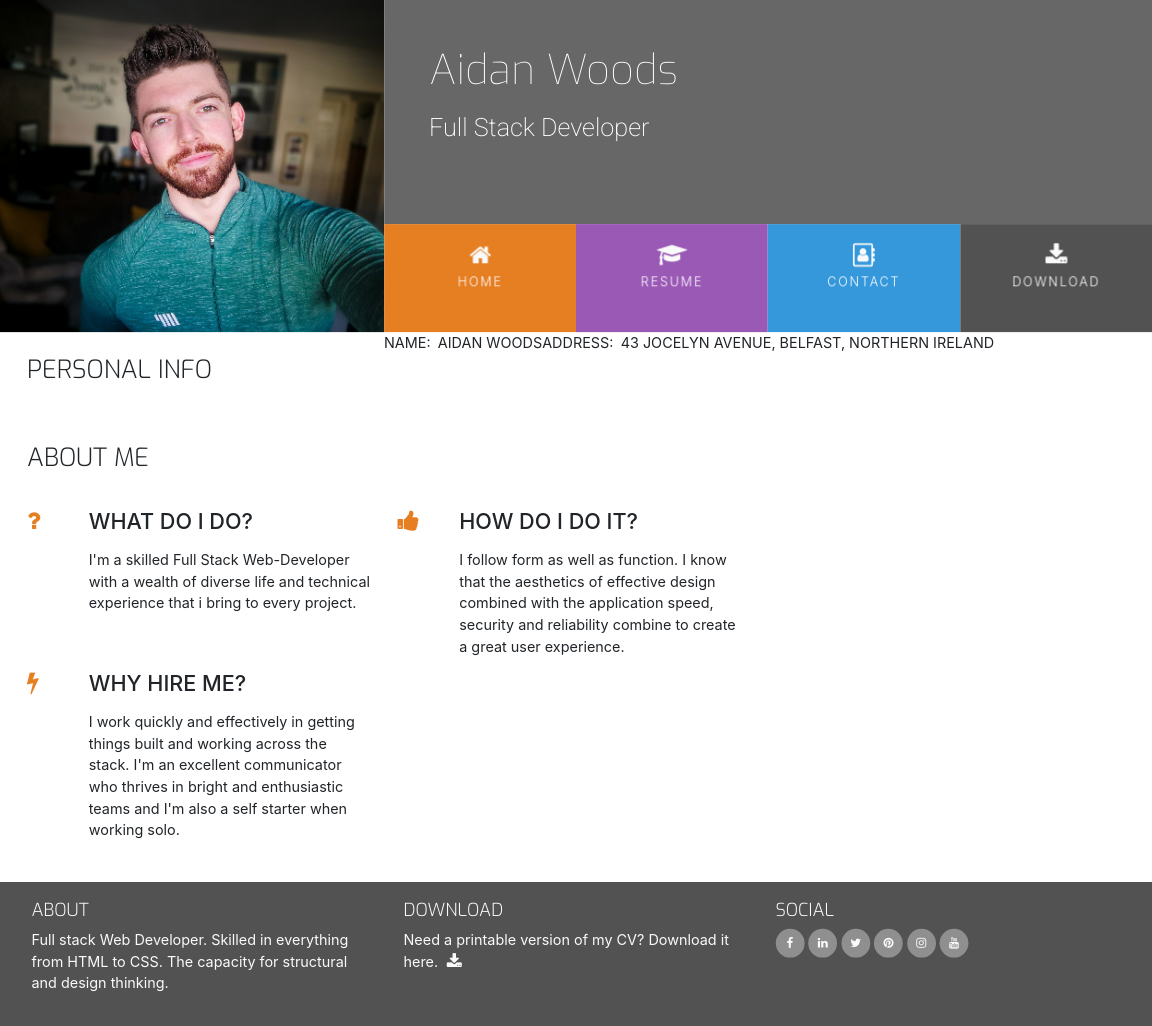
Repository: woodsyboi/Resume
Page: index.html
The author's editor kept a record of every edit. The page is drawn from the files as they stood at one moment, then again after the next edit.
The browser window is 1280 px wide. The pictures show the whole page, at 90% of full size.

Above is the page before.

### index.html
<!DOCTYPE html>
<html lang="en">

<head>
    <meta charset="UTF-8">
    <meta name="viewport" content="width=device-width, initial-scale=1.0">
    <meta http-equiv="X-UA-Compatible" content="ie=edge">
    <link rel="stylesheet" href="https://stackpath.bootstrapcdn.com/bootstrap/4.3.1/css/bootstrap.min.css" type="text/css" />
    <link rel="stylesheet" href="https://stackpath.bootstrapcdn.com/font-awesome/4.7.0/css/font-awesome.min.css" type="text/css" />
    <link rel="stylesheet" href="https://cdnjs.cloudflare.com/ajax/libs/hover.css/2.3.1/css/hover-min.css
" type="text/css" />
    <link rel="stylesheet" href="assets/css/style.css" type="text/css" />
    <title>Aidan</title>
</head>

<body>
    <header>
        <div class="row no-gutters">
            <a href="index.html" class="col-md-4 logo">

            </a>
            <div class="col-md-8">
                <div class="row no-gutters bg-color-name-title">
                    <div class="col heading">
                        <h1 class="name">Aidan Woods</h1>
                        <h2 class="title">Full Stack Developer</h2>
                    </div>

                </div>
                <div class="row no-gutters">
                    <div class="col">
                        <ul id="nav" class="list-inline menucontainer">
                            <li class="col-6 col-sm-3 ui-menu-color-home list-inline-item menuitem">
                                <a href="#" class="hvr-sweep-to-bottom"><i class="fa fa-home"></i><span>Home</span></a>
                            </li>
                            <li class="col-6 col-sm-3 ui-menu-color-resume list-inline-item menuitem">
                                <a href="#" class="hvr-sweep-to-bottom"><i class="fa fa-graduation-cap"></i><span>Resume</span></a>
                            </li>
                            <li class="col-6 col-sm-3 ui-menu-color-contact list-inline-item menuitem">
                                <a href="#" class="hvr-sweep-to-bottom"><i class="fa fa-address-book-o"></i><span>Contact</span></a>
                            </li>
                            <li class="col-6 col-sm-3 ui-menu-color-download list-inline-item menuitem">
                                <a href="#" class="hvr-sweep-to-bottom"><i class="fa fa-download"></i><span>Download</span></a>
                            </li>
                        </ul>
                    </div>
                </div>

            </div>
        </div>
    </header>

    <section class="container-fluid">

        <div class="row ">
            <div class="col-md-4 bg-color-personal-infor section-coloum">
                <div class="col-12">
                    <h3 class="section-heading uppercase">
                        Personal Info
                    </h3>
                </div>
            </div>
            <div class="personal-info-item">
                <div class="key">
                    <p class="uppercase">
                        Name:

                    </p>

                </div>
            </div>
            <div class="value">
                <p class="uppercase">
                    Aidan Woods
                </p>
            </div>
             <div class="personal-info-item">
                <div class="key">
                    <p class="uppercase">
                        Address:

                    </p>

                </div>
            </div>
            <div class="value">
                <p class="uppercase">
                    43 Jocelyn Avenue, Belfast, Northern Ireland
                </p>
            </div>
            <div class="col-md-8 bg-color-three-reasons section-column">
                <div class="row">
                    <div class="col">
                        <h3 class="section-heading uppercase">About Me</h3>
                    </div>
                </div>
                <div class="row">
                    <div class="col-10 offset-1 offset-sm-0 col-sm-4 col-md-6">
                        <div class="row">
                            <div class="col-2">
                                <i class="three-reasons-icon fa fa-question" aria-hidden="true"></i>
                            </div>
                            <div class="col-10">
                                <h4 class="three-reasons-heading uppercase"> What do I do?</h4>
                                <p>
                                    I'm a skilled Full Stack Web-Developer with a wealth of diverse life and technical experience that i bring to every project.
                                </p>
                            </div>
                        </div>
                    </div>
                    <div class="col-10 offset-1 offset-sm-0 col-sm-4 col-md-6">
                        <div class="row">
                            <div class="col-2">
                                <i class="three-reasons-icon fa fa-thumbs-up" aria-hidden="true"></i>
                            </div>
                            <div class="col-10">
                                <h4 class="three-reasons-heading uppercase"> How Do I Do It?</h4>
                                <p>
                                    I follow form as well as function. I know that the aesthetics of effective design combined with the application speed, security and reliability combine to create a great user experience.

                                </p>
                            </div>
                        </div>
                    </div>
                    <div class="col-10 offset-1 offset-sm-0 col-sm-4 col-md-6">
                        <div class="row">
                            <div class="col-2">
                                <i class="three-reasons-icon fa fa-bolt" aria-hidden="true"></i>
                            </div>
                            <div class="col-10">
                                <h4 class="three-reasons-heading uppercase"> Why Hire Me?</h4>
                                <p>
                                    I work quickly and effectively in getting things built and working across the stack. I'm an excellent communicator who thrives in bright and enthusiastic teams and I'm also a self starter when working solo.
                                </p>
                            </div>
                        </div>
                    </div>


                </div>
            </div>
        </div>

    </section>


    <footer class="container-fluid">
        <div id="footer-details" class="row">
            <div class="col-sm-4">
                <h5 class="uppercase general-sub">About</h5>
                <p class="inline-block">
                    Full stack Web Developer. Skilled in everything from HTML to CSS. The capacity for structural and design thinking.</p>

            </div>
            <div class="col-sm-4">
                <h5 class="uppercase general-sub">Download</h5>
                <p class="inline-block">
                    Need a printable version of my CV? Download it here.
                    <a href="#" target="_blank" class="cv-pdf">
                        <i class="fa fa-download" aria-hidden="true"></i>
                        <span class="sr-only"> Download Link.</span>
                    </a>
                </p>

            </div>
            <div class="col-sm-4">
                <h5 class="uppercase general-sub">Social</h5>
                <ul class="list-inline social-links">
                    <li class="list-inline-item">
                        <a target="_blank" href="#">
                            <i class="fa fa-facebook" aria-hidden="true"></i>
                            <span class="sr-only">Facebook</span>
                        </a>
                    </li>
                    <li class="list-inline-item">
                        <a target="_blank" href="#">
                            <i class="fa fa-linkedin" aria-hidden="true"></i>
                            <span class="sr-only">LinkedIn</span>
                        </a>
                    </li>
                    <li class="list-inline-item">
                        <a target="_blank" href="#">
                            <i class="fa fa-twitter" aria-hidden="true"></i>
                            <span class="sr-only">Twitter</span>
                        </a>
                    </li>
                    <li class="list-inline-item">
                        <a target="_blank" href="#">
                            <i class="fa fa-pinterest" aria-hidden="true"></i>
                            <span class="sr-only">Pinterest</span>
                        </a>
                    </li>
                    <li class="list-inline-item">
                        <a target="_blank" href="#">
                            <i class="fa fa-instagram" aria-hidden="true"></i>
                            <span class="sr-only">Instagram</span>
                        </a>
                    </li>
                    <li class="list-inline-item">
                        <a target="_blank" href="#">
                            <i class="fa fa-youtube" aria-hidden="true"></i>
                            <span class="sr-only">YouTube</span>
                        </a>
                    </li>
                </ul>

            </div>
        </div>
    </footer>

</body>

</html>

### assets/css/style.css
@import url('https://fonts.googleapis.com/css?family=Roboto:100,200,300,400,500,600,700|Exo:100,200,300,400,500,600,700');


/*------------------------------Colors--------*/

.bg-color-name-title {
    background-color: #676767;
}


.bg-color-three-reasons {
    background-color:#fff;
}

.bg-color-personal-info {
    background-color: #f4f4f4;
}

.ui-menu-color-home {
    background-color: #e67e22;

}

.ui-menu-color-resume {
    background-color: #9b59b6;

}

.ui-menu-color-contact {
    background-color: #3498db;

}

.ui-menu-color-download {
    background-color: #525252;

}


/*----------------------------special paddings/margins/text*/

h1,
h2,
h3,
h4 {
    margin: 0;
}

.uppercase {
    text-transform: uppercase;
}

.general-sub {
    font-family:"Exo", sans-serif;
    font-weight: 300;
    color: #fafafa;
}

.inline-block{
    display:inline-block;
}

.row-table {
    display:table;
}

.section-column {
    display:table-cell;
    padding:0 30px 30px;
    float:none;
}

.section-heading{
    font-family:"Exo", sans-serif;
    font-weight: 300;
    margin-top: 25px;
    margin-bottom: 40px;
}
/*-------------------------------Heading--------*/

header {

    margin: 0;

}

.heading {
    margin-left: 50px;

}

.logo {
    background: url("../images/my_face.jpg");
    background-position: center;
    background-repeat: no-repeat;
    background-size: cover;
    min-height: 360px;
    transition: all .5s ease-in-out;
    -moz-transition: all .5s ease-in-out;
    -webkit-transition: all .5s ease-in-out;
}

.name {
    font-family: "Exo", sans-serif;
    font-weight: 100;
    font-size: 46px;
    margin-top: 50px;
    color: #fff;

}

.title {
    font-family: "Roboto", sans-serif;
    font-weight: 200;
    font-size: 28px;
    margin-top: 20px;
    margin-bottom: 90px;
    color: #fff;

}

.list-inline-item:not(:last-child) {
    margin: 0;
}

.menucontainer {
    font-size: 0;
}

#nav {
    margin: 0;
}

#nav li {
    font-size: 14px;
    padding: 0;
}


.menuitem {
    height: 120px;
    text-align: center;
    padding: 0;

}

.menuitem a {
    width: 100%;
    text-decoration: none;
    color: #fff;
    height: 120px;

}

.menuitem a i {
    padding-top: 22px;
    display: block;
    color: #fafafa;
    font-size: 26px;


}

.menuitem span {
    display: block;
    width: 100%;
    padding-top: 5px;
    text-align: center;
    text-transform: uppercase;
    font-size: 14px;
    font-weight: 300;
    letter-spacing: 2px;

}



/*----------------------------hover*/

.hvr-sweep-to-bottom:before {
    background-color: rgba(0, 0, 0, 0.2);
    height: 120px;

}


/*-------------------------------footer--------*/

footer{
    background-color: #525252;
    color:#fafafa;
    min-height: 120px;
}


.cv-pdf i{
   font-size: 18px;
   color: #fafafa;
   text-align: center;
   padding-left: 5px;
   transition: all 0.35s ease-in-out;
   -moz-transition: all 0.35s ease-in-out;
   -webkit-transition: all 0.35s ease-in-out;
   -o-transition: all 0.35s ease-in-out;

}

.cv-pdf i:hover {
    color:#e84710;
}

.social-links{
    padding-bottom: 15px;
}

.social-links li a i {
    width:32px;
    height:32px;
    padding:12px 0;
    border-radius:50%;
    font-size: 13px;
    line-height: 7px;
    text-align:center;
    color:#fafafa;
    background:#8f8f8f;
    transition: all 0.35s ease-in-out;
   -moz-transition: all 0.35s ease-in-out;
   -webkit-transition: all 0.35s ease-in-out;
   -o-transition: all 0.35s ease-in-out;

}

.social-links li a i:hover {
    background:#e84710;
}

#footer-details {
    padding:20px;
}

/*-------------------------------Three reasons--------*/

.three-reasons-icon {
    font-size:26px;
    color: #e67e22;
}

.three-reasons-heading {
    margin-bottom: 15px;
}

/*------------------------------Personal Info--------*/

.personal-info-item {
    margin-bottom:20px;
    display: block;
    clear: both;
}

.personal-info-item .key,
.personal-info-item .value {
    padding-right:8px;
    display:inline-block;

}

.personal-info-item .key p,
.personal-info-item .value p{
    margin:0;
}

After the next edit:
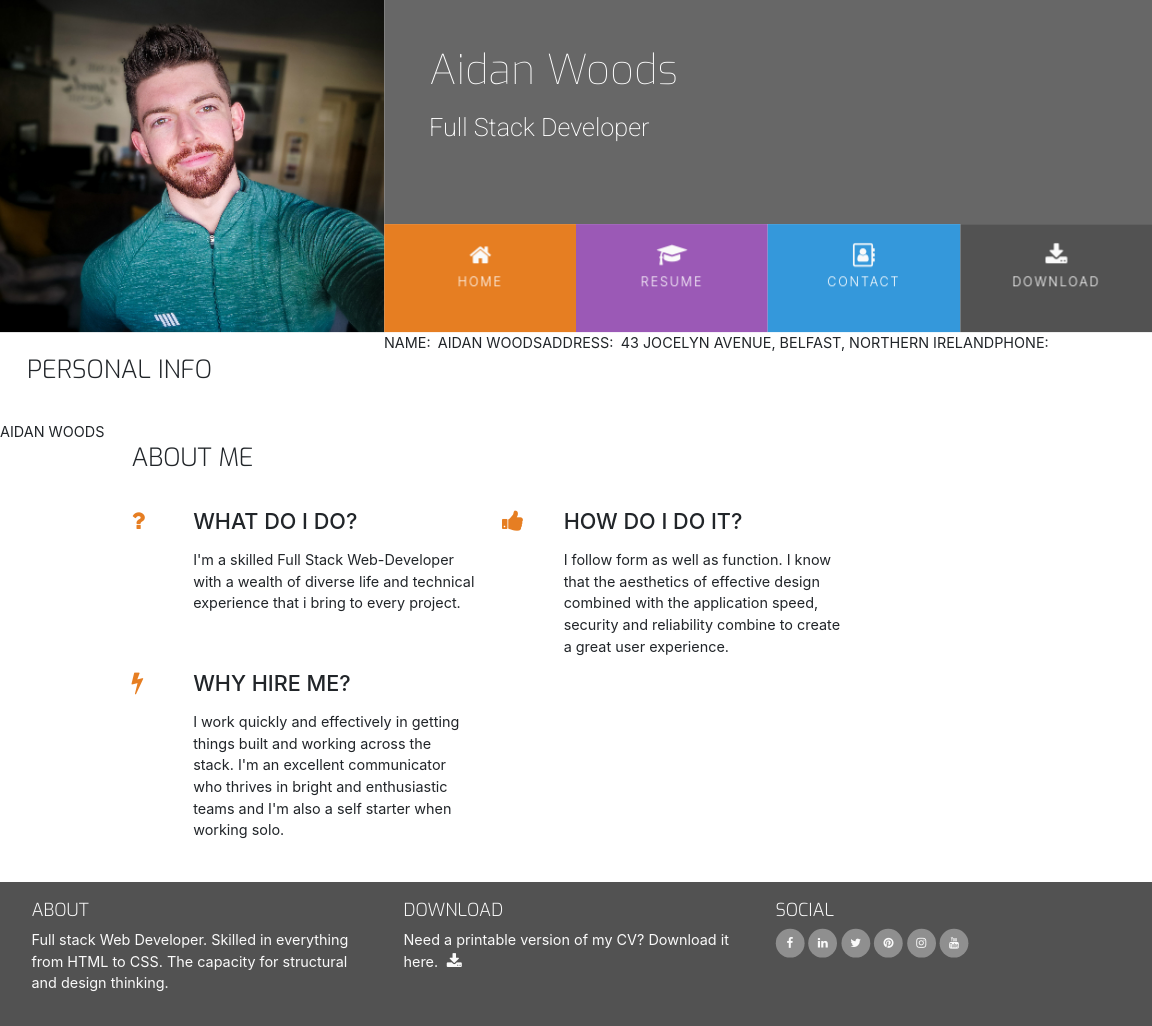
The edit:
--- a/index.html
+++ b/index.html
@@ -88,6 +88,20 @@
                     43 Jocelyn Avenue, Belfast, Northern Ireland
                 </p>
             </div>
+             <div class="personal-info-item">
+                <div class="key">
+                    <p class="uppercase">
+                        Phone:
+
+                    </p>
+
+                </div>
+            </div>
+            <div class="value">
+                <p class="uppercase">
+                    Aidan Woods
+                </p>
+            </div>
             <div class="col-md-8 bg-color-three-reasons section-column">
                 <div class="row">
                     <div class="col">
